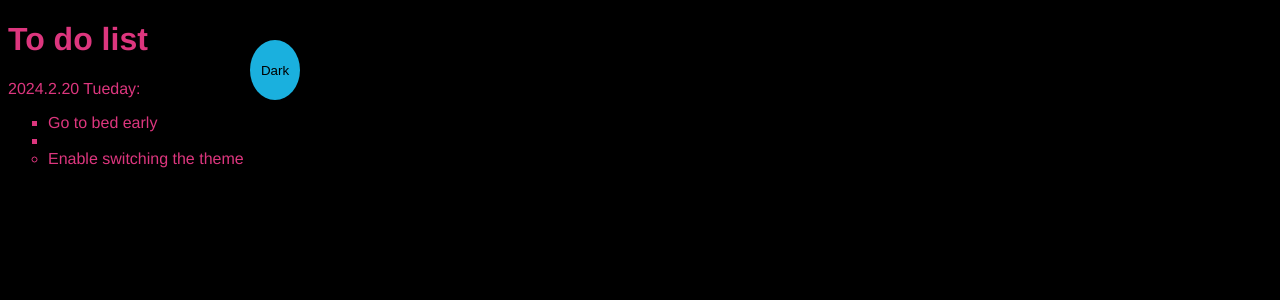
Repository: MaggieMengXingchen/Class-4
Page: index.html
The author's editor kept a copy of each file at every save. The page is drawn from the files as they stood at one save, then again after the next save.
The browser window is 1280 px wide. The pictures show the whole page.

Above is the page before, as saved 2024-02-20 15:22:34.

After the next save:
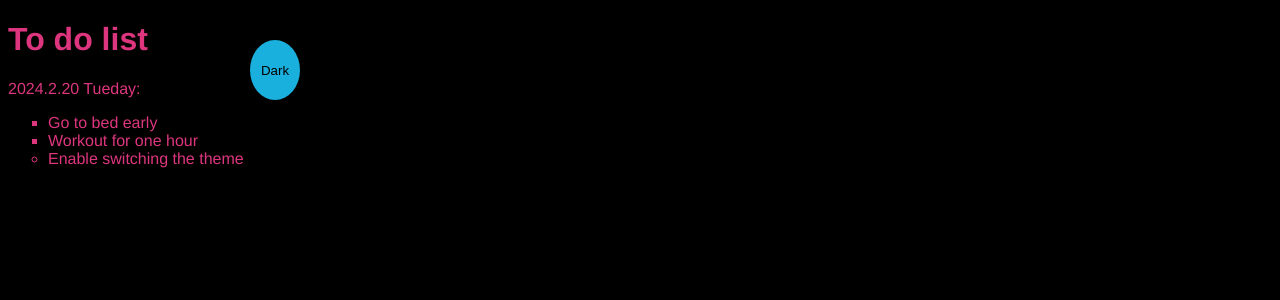
Saved 24 s later.
--- a/index.html
+++ b/index.html
@@ -12,7 +12,7 @@
     <p id="msg">2024.2.20 Tueday:</p> <!-- 段落标签，定义了一个文本区域 -->
     <ul> <!-- 定义一个无序列表 -->
         <li class="list">Go to bed early</li> <!-- 列表项，应用了class="list"的样式，显示为方形项目符号 -->
-        <li class="list"></li> <!-- 同上 -->
+        <li class="list">Workout for one hour</li> <!-- 同上 -->
         <li>Enable switching the theme</li> <!-- 无特殊样式的列表项，默认圆形项目符号 -->
     </ul>
     <div>
